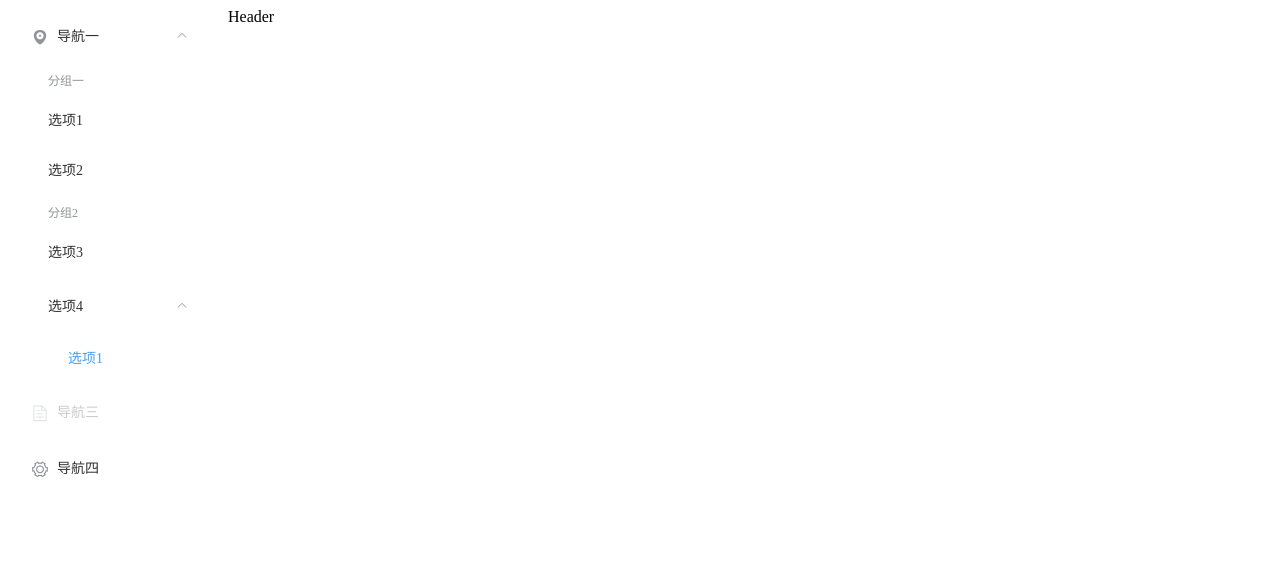
Repository: Francis200214/my-app
Page: /
The author's editor kept a copy of each file at every save. The page is drawn from the files as they stood at one save, then again after the next save.
The browser window is 1280 px wide. The pictures show the whole page.
The project was rebuilt for these pictures with package versions that can differ from the ones it lists, and the page was loaded fresh each time. Also part of the build but not shown: vue.config.js, src/views/Home.vue, src/views/User.vue.

Above is the page before, as saved 2023-05-20 15:12:43.

After the next save:
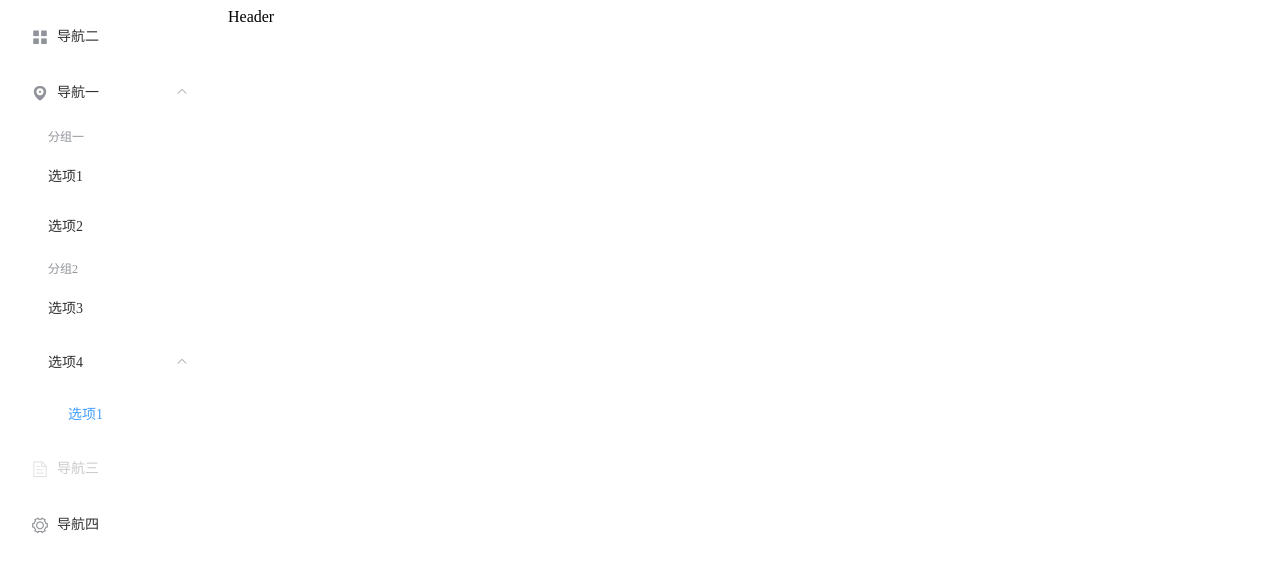
Saved 4 s later.
--- a/src/components/CommonAside.vue
+++ b/src/components/CommonAside.vue
@@ -1,8 +1,10 @@
 <template>
     <div>
         <el-menu default-active="1-4-1" class="el-menu-vertical-demo" @open="handleOpen" @close="handleClose" :collapse="isCollapse">
-
-
+            <el-menu-item index="2">
+            <i class="el-icon-menu"></i>
+            <span slot="title">导航二</span>
+        </el-menu-item>
             <el-submenu index="1">
             <template slot="title">
                 <i class="el-icon-location"></i>
